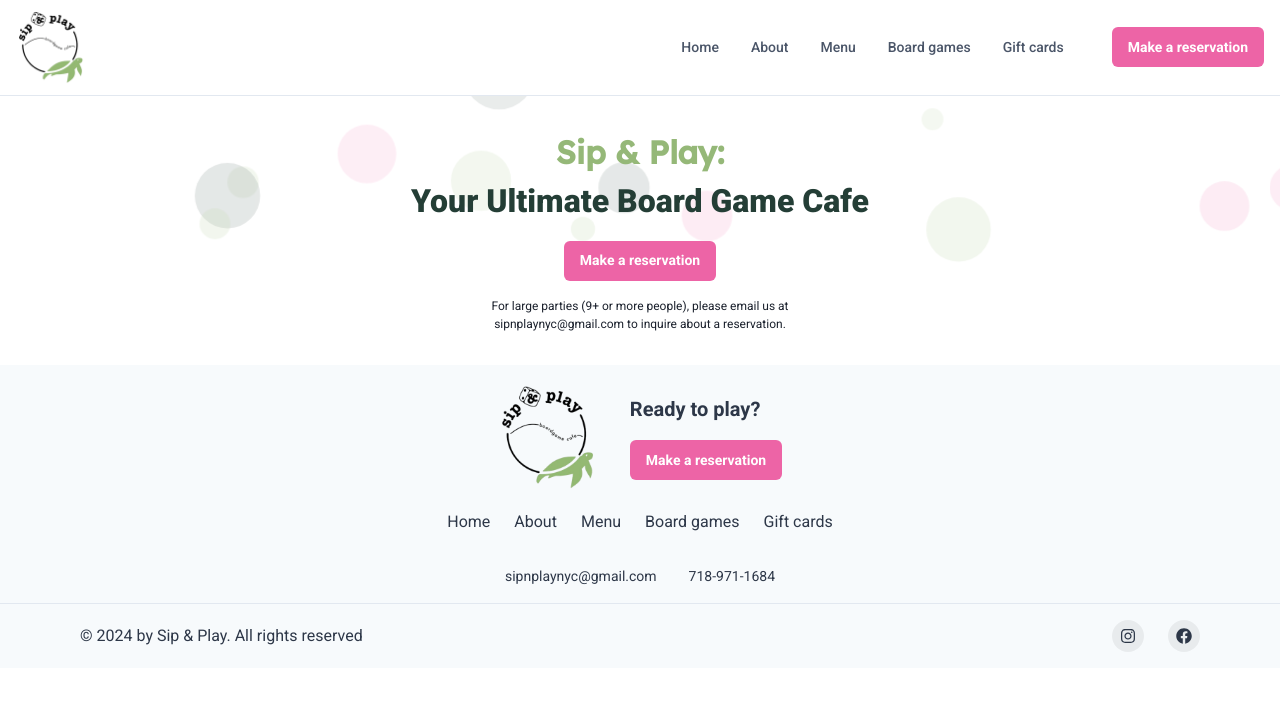
Repository: natespinetti/codedexsummerhackathon
Page: /
An editor plug-in stored every save of this project. The page is shown before and after a run of saves, followed by the edit.
The browser window is 1280 px wide. The pictures show the whole page.
The project was rebuilt for these pictures with package versions that can differ from the ones it lists, and the page was loaded fresh each time. The framework's server and built-in components were replaced by stand-ins that run in the browser. Also part of the build but not shown: next.config.mjs.

Above is the page before, as saved 2024-07-11 15:37:30.

After the next 2 saves:
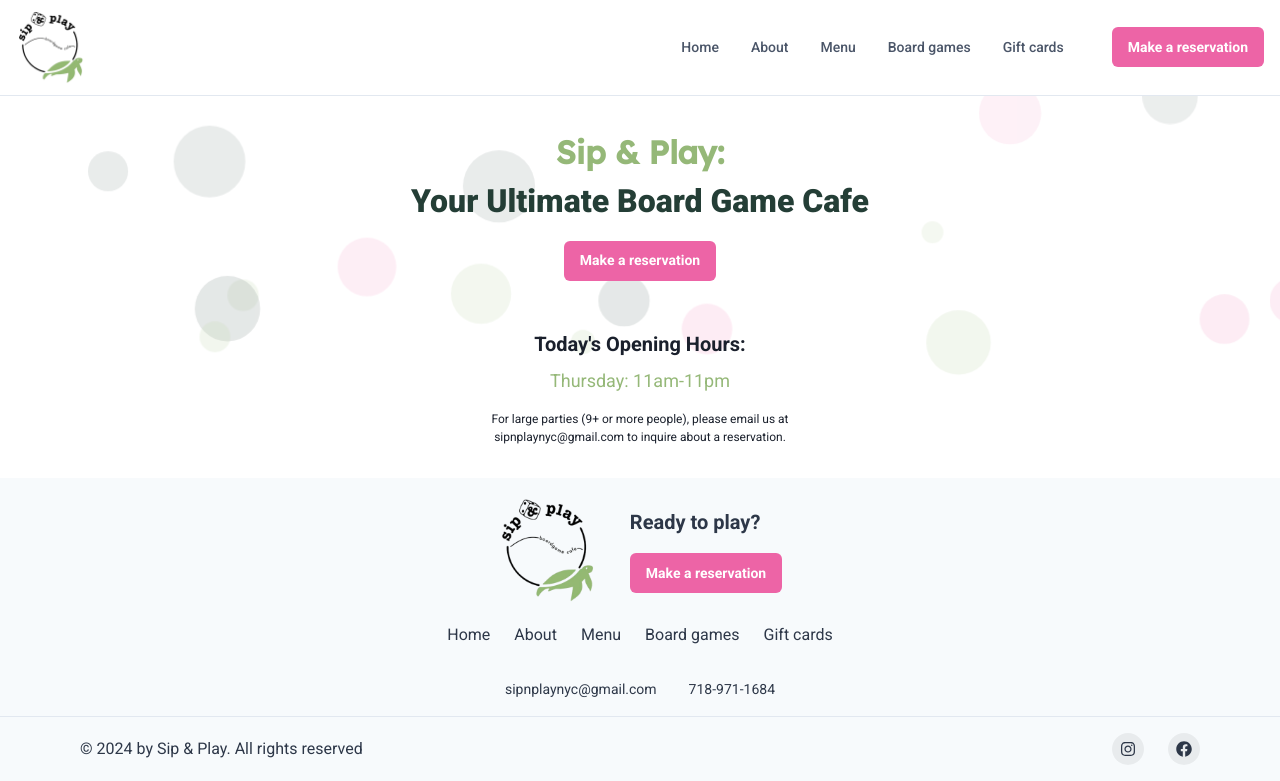
The 2 saves are shown as one change because 1 did not build or start.
The last was saved 37 s later.
--- a/app/components/HomeHero.tsx
+++ b/app/components/HomeHero.tsx
@@ -1,5 +1,6 @@
 "use client";
 import { Box, Text, Button, keyframes } from "@chakra-ui/react";
+import CurrentDayHours from "./CurrentDaysHours";
 
 const bubbleAnimation = keyframes`
   0% {
@@ -90,6 +91,7 @@
           >
             Make a reservation
           </Button>
+          <CurrentDayHours />
           <Text
             fontSize="12px"
             w={{ base: "100%", md: "30%" }}
